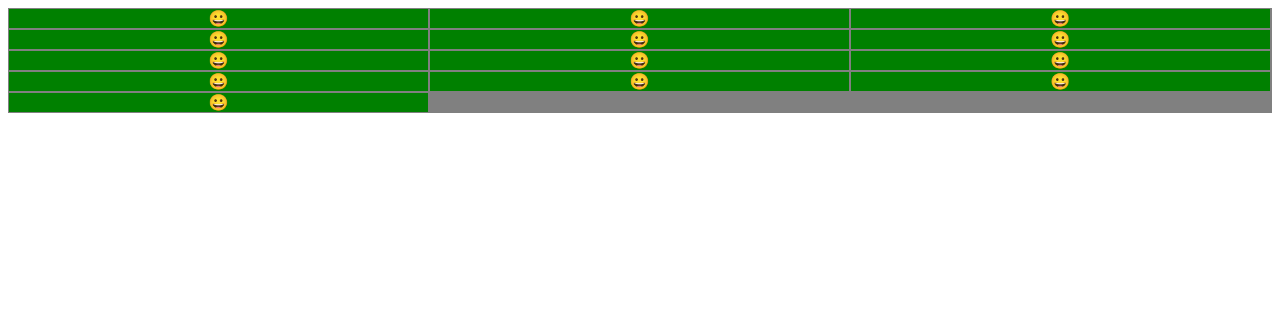
Repository: Sarah7223/internet-programming-tp
Page: TP1/ex5.html
These files come from the project's save history. The page is drawn as it stood at one moment and after the next save; the edit follows.
The browser window is 1280 px wide. The pictures show the whole page.

Above is the page before, as saved 2022-12-26 15:10:53.

After the next save:
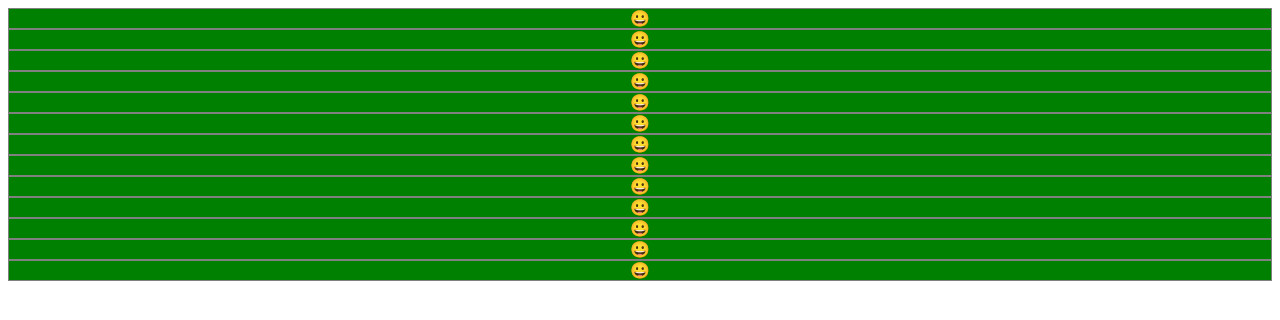
Saved 16 s later.
--- a/TP1/ex5.html
+++ b/TP1/ex5.html
@@ -3,7 +3,7 @@
         <style>
             .grid{
                 display: grid;
-                grid-template-columns: repeat(3, 33.3% [col-start]);
+                grid-template-columns: 3;
                 background-color: grey;
             }
             .box{

After the 3 saves that followed:
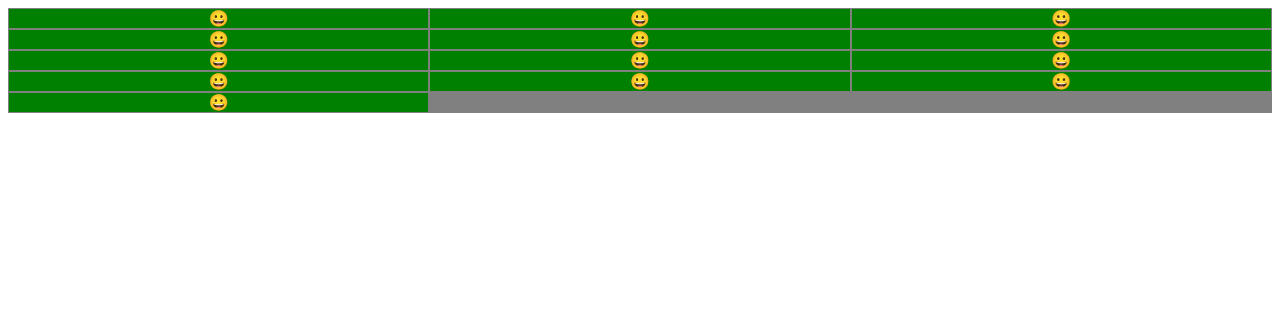
The 3 saves are shown as one change because 2 left the picture as it was.
The last was saved 77 s later.
--- a/TP1/ex5.html
+++ b/TP1/ex5.html
@@ -3,7 +3,7 @@
         <style>
             .grid{
                 display: grid;
-                grid-template-columns: 3;
+                grid-template-columns: auto auto auto;
                 background-color: grey;
             }
             .box{
